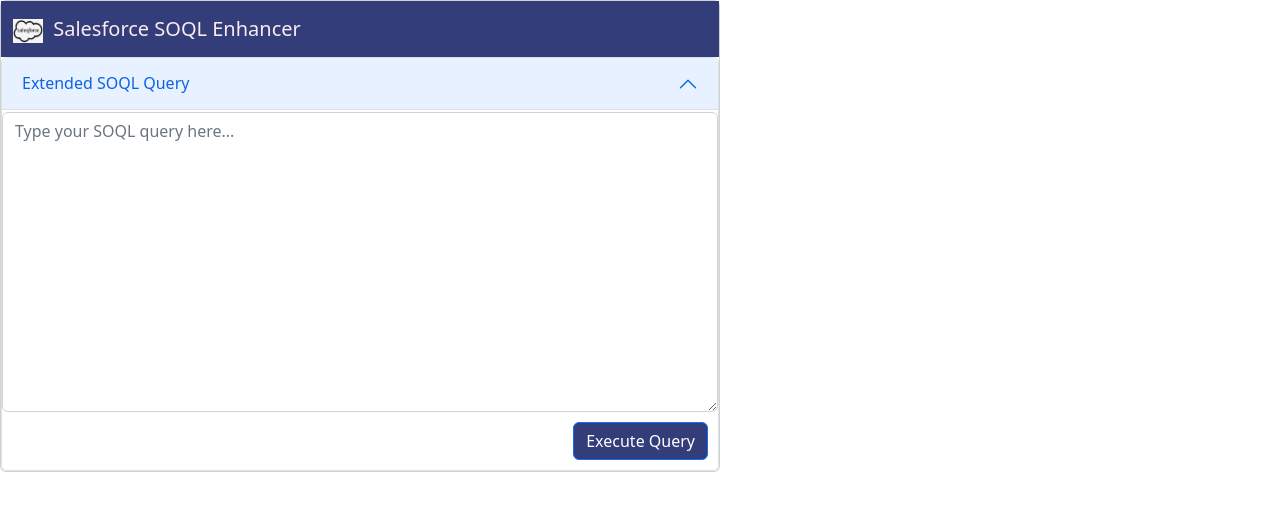
Repository: anweshpargi/salesforceExtension
Page: popup.html
These files come from the project's save history. The page is drawn as it stood at one moment and after the next save; the edit follows.
The browser window is 1280 px wide. The pictures show the whole page.

Above is the page before, as saved 2023-08-27 00:10:54.
Not found: js/jsforce.js

### popup.html
<!DOCTYPE html>
<html lang="en">

<head>
    <meta charset="UTF-8">
    <meta http-equiv="X-UA-Compatible" content="IE=edge">
    <meta name="viewport" content="width=device-width, initial-scale=1.0">
    <link rel="stylesheet" href="bootstrap/css/bootstrap.min.css">

    <script src="bootstrap/js/bootstrap.min.js" type="text/javascript"></script>
    <script src="js/jsforce.js" type="text/javascript"></script>
    <!-- JavaScript Bundle with Popper -->

    <title> Salesforce Test Class Data Generator</title>
</head>


<body style="width: 720px">
    <div class="card">
        <nav class="navbar" style="background-color: #333D79FF;">
            <div class="container-fluid">
                <a class="navbar-brand" style="color: #FAEBEFFF;" href="#">
                    <img src="/icon.png" alt="Logo" width="30" height="24" style="margin-right: 5px;"
                        class="d-inline-block">
                    Salesforce SOQL Enhancer
                </a>
            </div>
        </nav>

        <div class="accordion" id="accordionExample">
            <div class="accordion-item">
                <h2 class="accordion-header" id="headingOne">
                    <button class="accordion-button" type="button" data-bs-toggle="collapse"
                        data-bs-target="#collapseOne" aria-expanded="true" aria-controls="collapseOne">
                        Extended SOQL Query
                    </button>
                </h2>
                <div id="collapseOne" class="accordion-collapse collapse show" aria-labelledby="headingOne"
                    data-bs-parent="#accordionExample">

                    <div class="">
                        <textarea style="margin-top: 2px; height: 300px;" class="form-control"
                            placeholder="Type your SOQL query here..." id="floatingtextarea"></textarea>
                    </div>
                    <div style="text-align: right; margin: 10px;">
                        <span id="loader" style="display: none;">
                            <span class="spinner-border text-primary"  role="status"></span>
                            <span > &nbsp; Processing wait... </span>
                        </span>
                        <span>
                            <button class="btn btn-success" style="background-color: #333D79FF; display: none;"  id="downloadExcel" type="">Download Excel</button>
                        </span>
                        <button class="btn btn-primary" style="background-color: #333D79FF;"  id="getbutton" type="">Execute Query</button>
                    </div>
                </div>

            </div>
        </div>
    </div>

</body>
<script type="text/javascript" src="js/popup.js"></script>
<script type="text/javascript" src="js/xlsx.full.min.js"></script>

</html>

### js/popup.js
//store connection... con object
var conn = undefined;
var inputQuery = undefined;

console.log('popup js loaded succesfully')
document.querySelector('#getbutton').addEventListener('click', () => {
  console.log('XLSX ' + XLSX);
  console.log('method invoked on button click')
  chrome.tabs.query({ active: true, currentWindow: true }, (tabs) => {
    console.log('inside tabs query')
    var tab = tabs[0]
    var instanceUrl = tab.url.split('.')[0] + '.my.salesforce.com'
    console.log(tab)
    var domainUrl = new URL(tab.url)
    var sessionId = undefined
    if (
      tab.url &&
      (tab.url.includes('.lightning.force.com') ||
        tab.url.includes('.salesforce.com'))
    ) {
      var port = chrome.runtime.connect({ name: 'knockknock' })
      port.postMessage({ host: instanceUrl.replace('https://', '') })
      port.onMessage.addListener(function (msg) {
        console.log('response from backgroundjs' + msg.ssid)
        sessionId = msg.ssid
        if (sessionId) {
          console.log('session id received  ', sessionId)
          conn = new jsforce.Connection({
            serverUrl: instanceUrl,
            instanceUrl: instanceUrl,
            sessionId: sessionId,
            version: '50.0',
          }) //jsforce
          console.log('connection', conn)
          getQueryInput()
        } else {
          alert('Salesforce Session Not found')
        }
      })
    } else {
      alert(
        'Not a Salesforce Domain!, Keep Salesforce Tab Active and Run again',
      )
    }
  })
})

function getQueryInput() {
  try {
    if (conn) {
      inputQuery = document
        .querySelector('#floatingtextarea')
        .value.replace(/\s\s+/g, ' ')
        .trim()
      console.log('Input query by user >> ' + inputQuery)
      processQuery(inputQuery);
    } else {
      alert('Connection not available')
    }
  } catch (error) {
    alert('Something went wrong ' + error.name)
  }
}

var records = [];
var processedQueries = [];

async function processQuery(query) {
  records = [];
  processedQueries = [];
  try {
    var match = query.match(/\(([^)]+)\)/i)
    if (match && query.length > 4000) {
      console.log('match and lenght pass');
      var valuesString = match[1];
      console.log('valuesString>> ' + valuesString);
      var valuesList = valuesString.split(',');

      var batchSize = 100;

      for (let i = 0; i < valuesList.length; i += batchSize) {
        // Slice a batch of values
        var batch = valuesList.slice(i, i + batchSize);
        // Join batch values with commas to create a new values string
        var batchValuesString = batch.join(',');

        // Replace values within parentheses with the batch values
        var modifiedQuery = query.replace(valuesString, batchValuesString);
        //console.log('modifiedQurery  >>' + modifiedQuery);
        // Store the modified query in the processedQueries array
        processedQueries.push(modifiedQuery);
        console.log('count ' + i);
        await executeQueryToDatabase(modifiedQuery);
      }
      console.log('final records length ' + records.length);
      console.log('records stingify ' + JSON.stringify(records));
      //return processedQueries;
      //executeQueryToDatabase(query);
    } else {
      executeQueryToDatabase(query)
    }
  } catch (error) {
    alert(error.name)
    console.log(error)
  }
}

async function executeQueryToDatabase(inputQuery) {
  console.log('modified Query ' + inputQuery);
  var query = await conn
    .query(inputQuery)
    .on('record', function (record) {
      // console.log('@@ records push' + record.length)
      let { attributes, ...rec } = record;
      records.push(rec);
      // console.log('records output' + records)
    })
    .on('end', function () {
      console.log('@@ total in database : ' + query.totalSize)
      console.log('@@ total fetched : ' + query.totalFetched)
    })
    .on('error', function (err) {
      alert('ERROR NAME: ' + err.name)
      console.error(err)
    })
    .run({ autoFetch: true, maxFetch: 100000 })
}


document.querySelector('#downloadExcel').addEventListener('click', function() {
  console.log('clicked button excel');
  const exportButton = document.getElementById('downloadExcel');
  console.log('exportButton  ' + exportButton);
  console.log('XLSX' + XLSX);
    // const ws = XLSX.utils.json_to_sheet(records);
    // const wb = XLSX.utils.book_new();
    // XLSX.utils.book_append_sheet(wb, ws, 'Sheet1');

    // const blob = new Blob([XLSX.write(wb, { bookType: 'xlsx', type: 'blob' })], {
    //   type: 'application/vnd.openxmlformats-officedocument.spreadsheetml.sheet'
    // });

    // const url = URL.createObjectURL(blob);

    // const a = document.createElement('a');
    // a.href = url;
    // a.download = 'exported_data.xlsx';
    // a.click();

    // // Clean up
    // setTimeout(function() {
    //   URL.revokeObjectURL(url);
    // }, 0);



});

Loaded but not shown: bootstrap/css/bootstrap.min.css (library); bootstrap/js/bootstrap.min.js (library); js/xlsx.full.min.js (library)

After the next save:
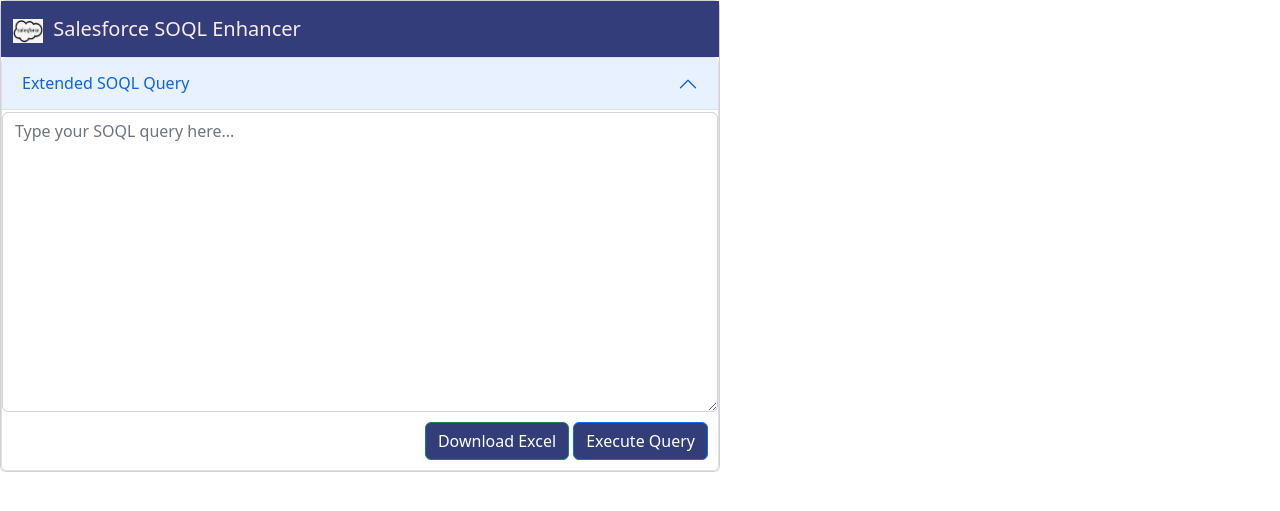
Saved 41 s later.
--- a/popup.html
+++ b/popup.html
@@ -48,7 +48,7 @@
                             <span > &nbsp; Processing wait... </span>
                         </span>
                         <span>
-                            <button class="btn btn-success" style="background-color: #333D79FF; display: none;"  id="downloadExcel" type="">Download Excel</button>
+                            <button class="btn btn-success" style="background-color: #333D79FF; "  id="downloadExcel" type="">Download Excel</button>
                         </span>
                         <button class="btn btn-primary" style="background-color: #333D79FF;"  id="getbutton" type="">Execute Query</button>
                     </div>
